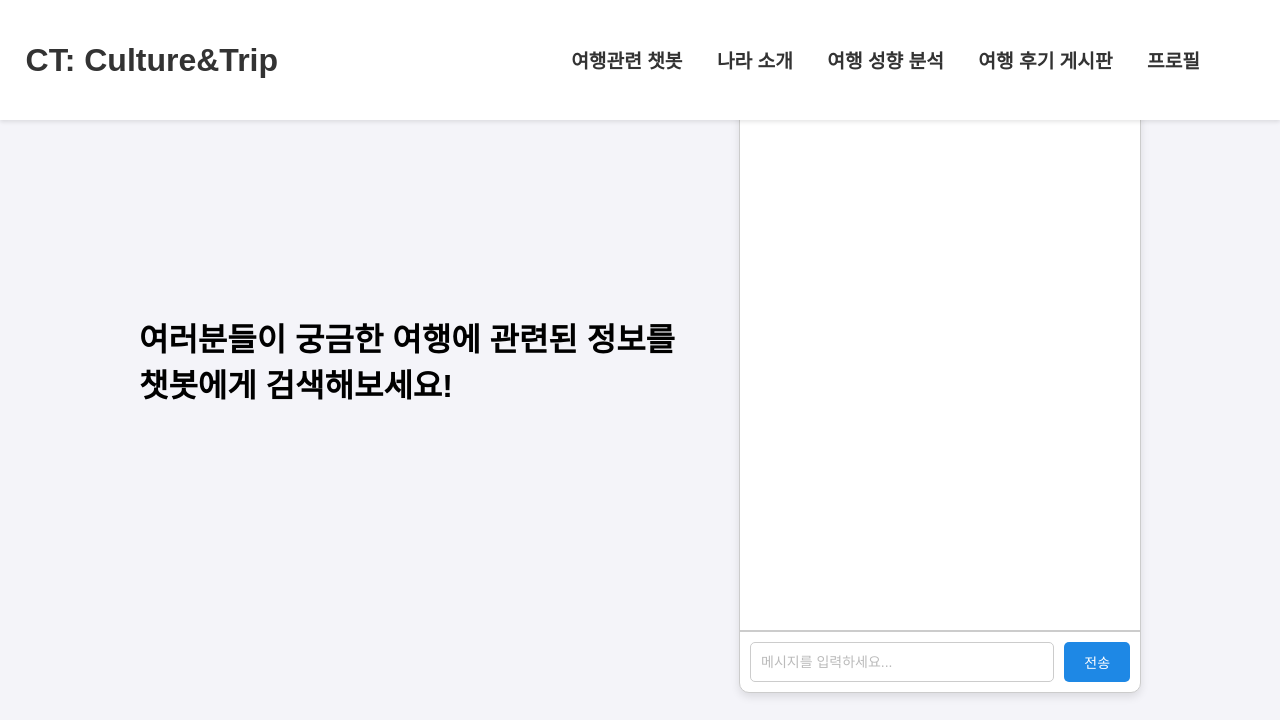
Repository: LifeIsRightward/WebServer
Page: http://localhost/JSPBook/Project/View/Chatbot.jsp?id=null
An editor plug-in stored every save of this project. The page is shown before and after the next save, followed by the edit.
The browser window is 1280 px wide. The pictures show the whole page.
The page is served by Tomcat 9. Other server files are loaded and not shown.

Above is the page before, as saved 2024-06-09 18:54:35.

### JSPBook/src/main/webapp/Project/View/Chatbot.jsp
<%@ page language="java" contentType="text/html; charset=UTF-8"
    pageEncoding="UTF-8"%>
<!DOCTYPE html>
<html>
<head>
<meta charset="EUC-KR">
<title>Insert title here</title>
<script src="https://code.jquery.com/jquery-3.4.1.js"></script>
<style>
    body {
        display: flex;
        justify-content: center;
        align-items: center;
        height: 100vh;
        margin: 0;
        background-color: #f4f4f9;
        font-family: Arial, sans-serif;
    }
    .message {
        border-top: 1px solid #ccc;
        padding: 10px;
        margin-top: 5px;
        background-color: #ffffff;
        border-radius: 5px;
        box-shadow: 0 1px 3px rgba(0, 0, 0, 0.1);
    }
    .message:nth-child(odd) {
        background-color: #f1f1f1;
    }
    #chat-container {
        width: 400px;
        height: 600px;
        display: flex;
        flex-direction: column;
        border: 1px solid #ccc;
        border-radius: 10px;
        box-shadow: 0 4px 8px rgba(0, 0, 0, 0.1);
        background-color: #fff;
        margin-top: 5%;
    }
    #chat-messages {
        flex: 1;
        overflow-y: auto;
        padding: 20px;
        display: flex;
        flex-direction: column-reverse;
        border-bottom: 1px solid #ccc;
    }
    #user-input {
        display: flex;
        padding: 10px;
        border-top: 1px solid #ccc;
    }
    #user-input input {
        flex: 1;
        padding: 10px;
        outline: none;
        border: 1px solid #ccc;
        border-radius: 5px;
        margin-right: 10px;
        font-size: 14px;
    }
    #user-input input::placeholder {
        color: #bbb;
    }
    #user-input button {
        border: none;
        background-color: #1e88e5;
        color: white;
        padding: 10px 20px;
        border-radius: 5px;
        cursor: pointer;
        font-size: 14px;
    }
    #user-input button:hover {
        background-color: #1565c0;
    }
    #user-input button:active {
        background-color: #0d47a1;
    }

header {
	display: flex; /* header를 flexbox로 설정 */
    align-items: center; /* 항목들을 중앙 정렬 */
    justify-content: space-between; /* 항목들을 양쪽 끝으로 분산 */
    position: absolute;
    top: 0;
    left: 0;
    height: 100px; /* header 높이 설정 */
    width: 100%; /* 전체 너비 차지 */
    background-color: #fff; /* 배경색 */
    padding: 10px 0; /* 여백 설정 */
     z-index: 10; /* 다른 요소 위에 표시 */
    box-shadow: 0 2px 4px rgba(0, 0, 0, 0.1); /* 그림자 효과 */
}

header > h1{
	margin-left:2%;
}

h1 > a{
	text-decoration: none; /* 기본 텍스트 장식 제거 */
	color: #333; /* 링크 색상 */
}

nav ul {
    list-style: none; /* 기본 목록 스타일 제거 */
    margin-right: 50px;
    padding: 0; /* 여백 제거 */
    text-align: right; /* 오른쪽 정렬 */
}

nav li {
    display: inline-block; /* li 요소를 가로로 나열 */
    margin-right: 30px; /* 각 li 요소 사이 여백 */
}

nav a {
    color: #333; /* 링크 색상 */
    text-decoration: none; /* 기본 텍스트 장식 제거 */
    font-weight: bold; /* 글씨체 강조 */
    font-size: 1.2em;
}

nav a:hover {
    color: #408080; /* 마우스 호버 시 링크 색상 변경 */
}
#chat-text{
	margin-right: 5%;
}
</style>
</head>
<body>
	<%
    	request.setCharacterEncoding("utf-8");
    	String uid = request.getParameter("id");
    %>
	<header>
        <h1><a href="index.jsp?id=<%=uid%>">CT: Culture&Trip</a></h1>
        <nav>
            <ul>
            	<li><a href="Chatbot.jsp?id=<%=uid%>">여행관련 챗봇</a></li>
                <li><a href="NationalInfo/nationalinfo.jsp?id=<%=uid%>">나라 소개</a></li>
                <li><a href="https://stti.tripbuilder.co.kr/">여행 성향 분석</a></li>
                <li><a href="tripcommunity.jsp?id=<%=uid%>">여행 후기 게시판</a></li>
                <li><a href="profile.jsp?id=<%=uid%>">프로필</a></li>
            </ul>
        </nav>
    </header>
    <div id="chat-text">
    	<h1>여러분들이 궁금한 여행에 관련된 정보를<br> 챗봇에게 검색해보세요!</h1>
    </div>
    <div id="chat-container">
        <div id="chat-messages"></div>
        <div id="user-input">
            <input type="text" placeholder="메시지를 입력하세요..." />
            <button>전송</button>
        </div>
    </div>
    <script type="text/javascript" src="../js/Chatbot.js"></script>
</body>
</html>

### JSPBook/src/main/webapp/Project/js/Chatbot.js
// 채팅 메시지를 표시할 DOM
const chatMessages = document.querySelector('#chat-messages');

// 사용자 입력 필드
const userInput = document.querySelector('#user-input input');

// 전송 버튼
const sendButton = document.querySelector('#user-input button');

// 발급받은 OpenAI API 키를 변수로 저장(주 계정)
const apiKey = 'sk-proj-Jqxf9kRHs1TAusLjZHUaT3BlbkFJgy2ptzOiuK0lfbx0xLxR';
// 발급받은 OpenAI API 키를 변수로 저장(부 계정)
//const apiKey = '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';


// OpenAI API 엔드포인트 주소를 변수로 저장
const apiEndpoint = 'https://api.openai.com/v1/chat/completions';

function addMessage(sender, message) {
    // 새로운 div 생성
    const messageElement = document.createElement('div');
    // 생성된 요소에 클래스 추가
    messageElement.className = 'message';
    // 채팅 메시지 목록에 새로운 메시지 추가
    messageElement.textContent = `${sender}: ${message}`;
    chatMessages.prepend(messageElement);
}

// ChatGPT API 요청
async function fetchAIResponse(prompt) {
    // API 요청에 사용할 옵션을 정의
    const requestOptions = {
        method: 'POST',
        // API 요청의 헤더를 설정
        headers: {
            'Content-Type': 'application/json',
            'Authorization': `Bearer ${apiKey}`
        },
        body: JSON.stringify({
            model: "gpt-3.5-turbo",  // 사용할 AI 모델
            messages: [{
                role: "user", // 메시지 역할을 user로 설정
                content: prompt // 사용자가 입력한 메시지
            }],
            temperature: 0.8, // 모델의 출력 다양성
            max_tokens: 1024, // 응답받을 메시지 최대 토큰(단어) 수 설정
            top_p: 1, // 토큰 샘플링 확률을 설정
            frequency_penalty: 0.5, // 일반적으로 나오지 않는 단어를 억제하는 정도
            presence_penalty: 0.5, // 동일한 단어나 구문이 반복되는 것을 억제하는 정도
            stop: ["Human"] // 생성된 텍스트에서 종료 구문을 설정
        })
    };

    //API 요청후 응답 처리
    try {
        const response = await fetch(apiEndpoint, requestOptions);
        const data = await response.json();

        // 응답에서 choices 배열이 존재하는지 확인
        if (!data.choices || data.choices.length === 0) {
            throw new Error('API 응답에 choices 배열이 없습니다.');
        }

        const aiResponse = data.choices[0].message.content;
        return aiResponse;
    } catch (error) {
        console.error('OpenAI API 호출 중 오류 발생:', error);
        return 'OpenAI API 호출 중 오류 발생';
    }
}

// 전송 버튼 클릭 이벤트 처리
sendButton.addEventListener('click', async () => {
    // 사용자가 입력한 메시지
    const message = userInput.value.trim();
    // 메시지가 비어있으면 리턴
    if (message.length === 0) return;
    // 사용자 메시지 화면에 추가
    addMessage('나', message);
    userInput.value = '';
    //ChatGPT API 요청후 답변을 화면에 추가
    const aiResponse = await fetchAIResponse(message);
    addMessage('챗봇', aiResponse);
});

// 사용자 입력 필드에서 Enter 키 이벤트를 처리
userInput.addEventListener('keydown', (event) => {
    if (event.key === 'Enter') {
        sendButton.click();
    }
});

After the next save:
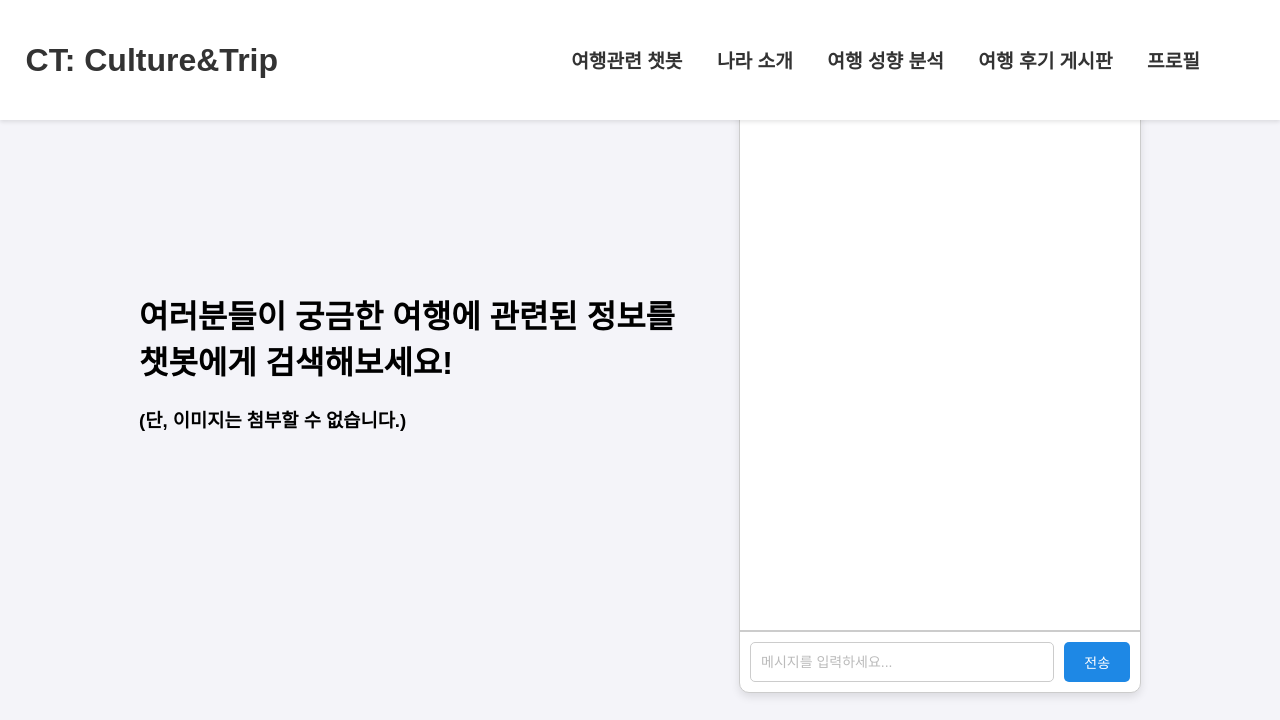
Saved 39 s later.
--- a/JSPBook/src/main/webapp/Project/View/Chatbot.jsp
+++ b/JSPBook/src/main/webapp/Project/View/Chatbot.jsp
@@ -149,6 +149,7 @@
     </header>
     <div id="chat-text">
     	<h1>여러분들이 궁금한 여행에 관련된 정보를<br> 챗봇에게 검색해보세요!</h1>
+    	<h3>(단, 이미지는 첨부할 수 없습니다.)</h2>
     </div>
     <div id="chat-container">
         <div id="chat-messages"></div>
